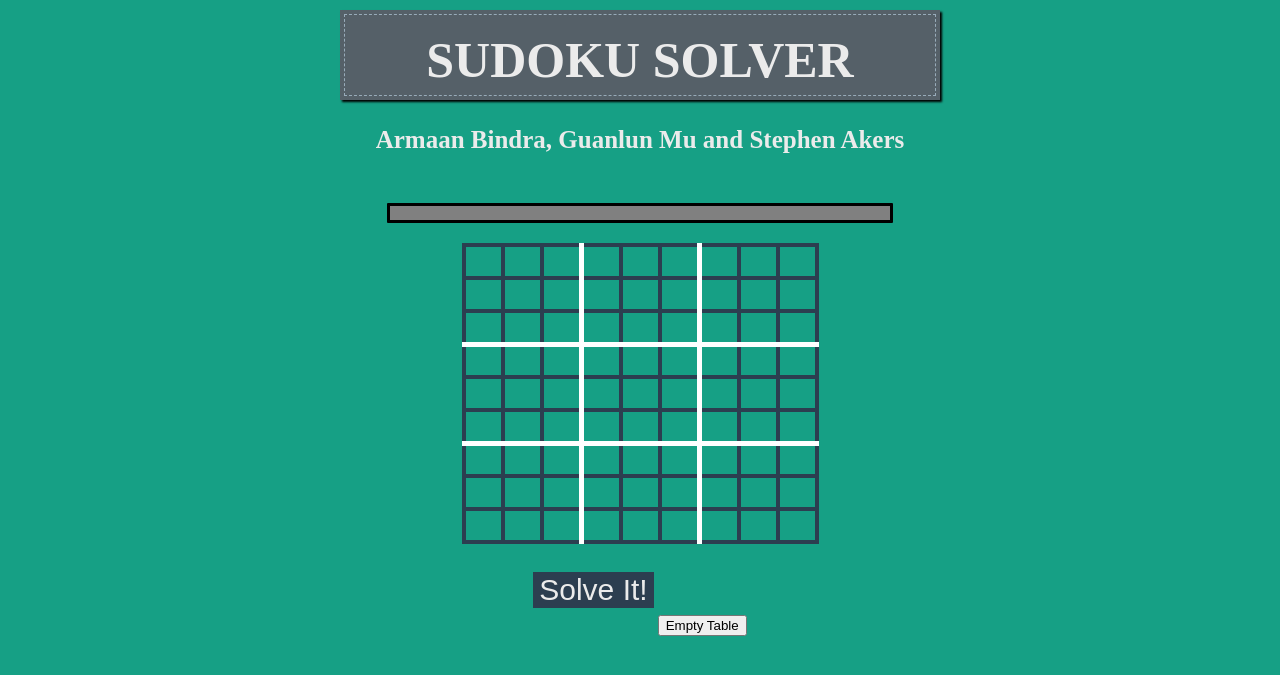
Repository: armaanbindra/SudokuSolver
Page: index.html
The author's editor kept a record of every edit. The page is drawn from the files as they stood at one moment, then again after the next edit.
The browser window is 1280 px wide. The pictures show the whole page.
Some web libraries are served in a nearby version.

Above is the page before.

After the next edit:
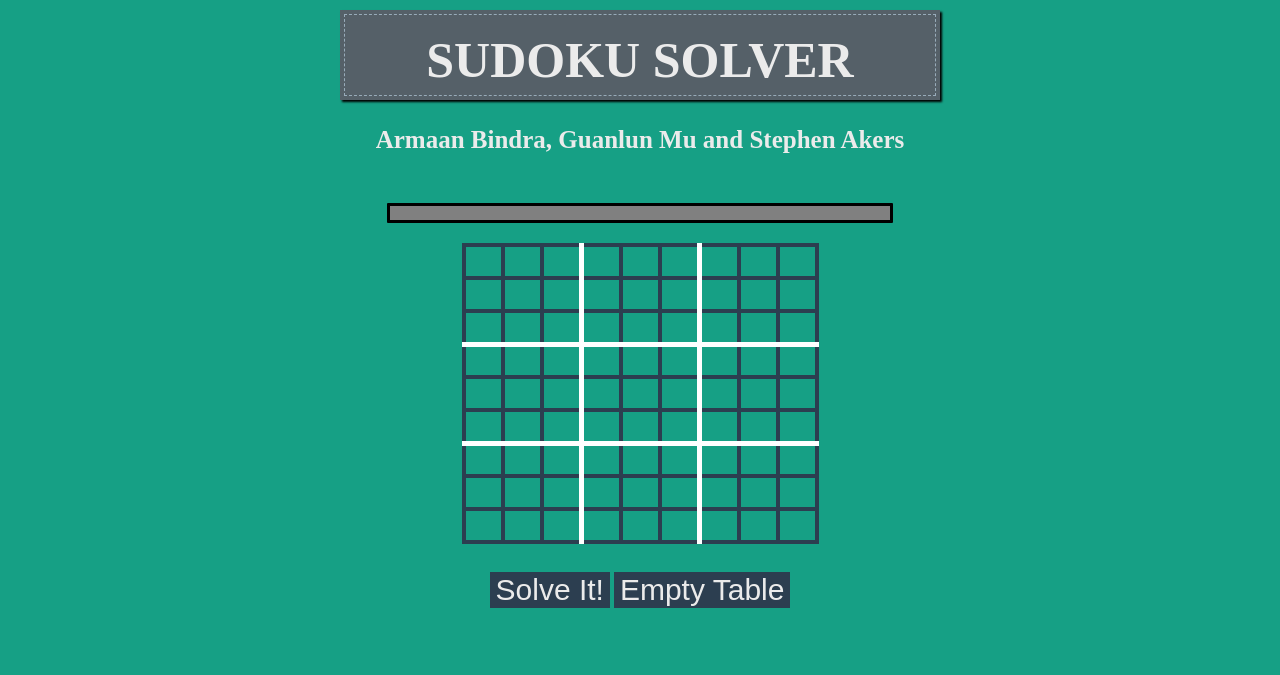
The edit:
--- a/home.css
+++ b/home.css
@@ -68,6 +68,15 @@
 	border:none;
 }
 
+#empty {
+	position:relative;
+	top:-30px;
+	font-size:30px;
+	background-color:#2c3e50;
+	color:#ebebeb;
+	border:none;
+
+}
 #errorMessage
 {
 	position:relative;
